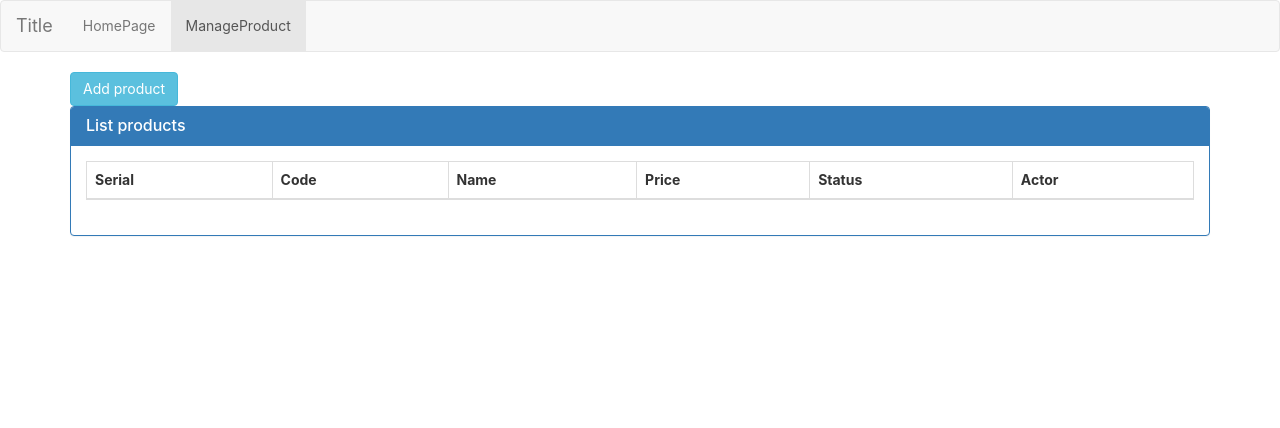
Repository: NguyenDuyLam/MockAPI_Redux_Axios
Page: /product-list
An editor plug-in stored every save of this project. The page is shown before and after the next save, followed by the edit.
The browser window is 1280 px wide. The pictures show the whole page.
The project was rebuilt for these pictures with package versions that can differ from the ones it lists, and the page was loaded fresh each time. Also part of the build but not shown: src/page/HomePage/HomePage.js, src/page/NotFoundPage/NotFoundPage.js, src/page/ProductActionPage/ProductActionPage.js.

Above is the page before, as saved 2020-04-29 12:04:10.

After the next save:
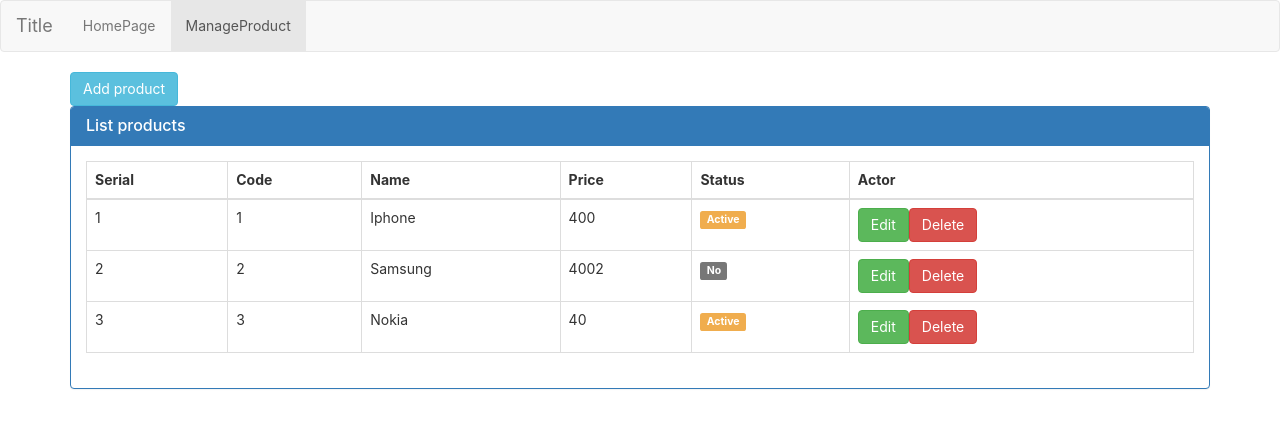
Saved 10 s later.
--- a/src/page/ProductListPage/ProductListPage.js
+++ b/src/page/ProductListPage/ProductListPage.js
@@ -19,7 +19,7 @@ class ProductListPage extends React.Component {
   }
   showProducts = (products) => {
     var result = null;
-    if (products.lenght > 0) {
+    if (products.length > 0) {
       result = products.map((product, index) => {
         return <ProductItem key={index} product={product} index={index} />;
       });
